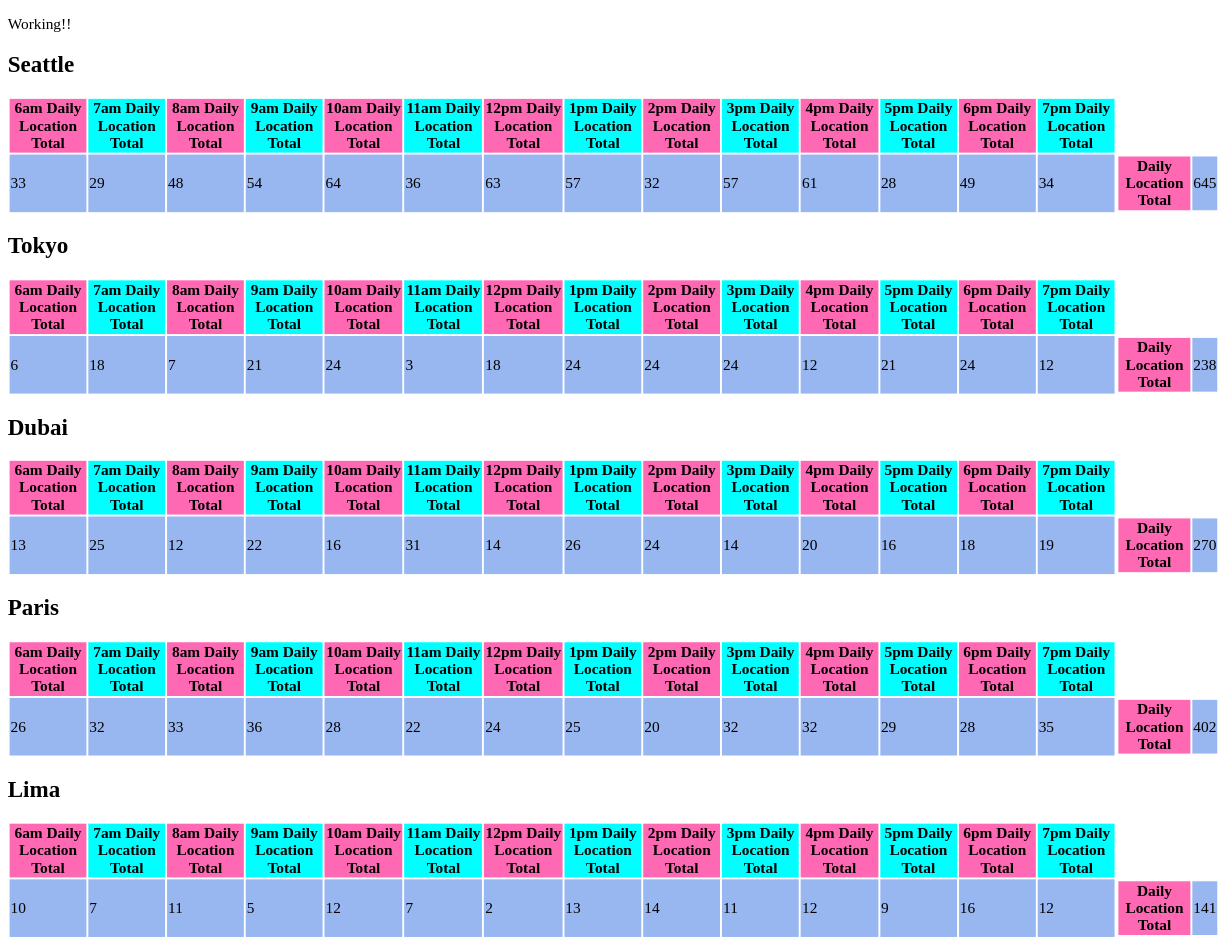
Repository: aaron1986/cookie_stand
Page: sales.html
The author's editor kept a copy of each file at every save. The page is drawn from the files as they stood at one save, then again after the next save.
The browser window is 1280 px wide. The pictures show the whole page, at 96% of full size.

Above is the page before, as saved 2023-09-26 15:24:36.

### sales.html
<!DOCTYPE html>
<html lang="en">
<head>
    <meta charset="UTF-8">
    <meta name="viewport" content="width=device-width, initial-scale=1.0">
    <link rel="stylesheet" href="style.css">
    <script src="./app.js" defer></script>
    <title>Document</title>
</head>
<body>

    <p>Working!!</p>

    <div id="shop-location">


    </div>


</body>
</html>

### style.css
th:nth-child(even) {
    background-color: aqua;
}

th:nth-child(odd) {
    background-color: hotpink;
}

td {
    background-color: rgb(152, 183, 240);
}

### app.js
const Hours = ['6am', '7am', '8am', '9am', '10am', '11am', '12pm', '1pm', '2pm', '3pm', '4pm', '5pm', '6pm', '7pm'];

function randonNumber(min, max) {
    return Math.floor(Math.random() * (max - min + 1)) + min;
}

function ShopLocation(location, min, max, avg) {
    this.location = location;
    this.min = min;
    this.max = max;
    this.avg = avg;
    this.customersPerHour = [];
    this.cookiesPerHour = [];
    this.totalSold = 0;


    this.calcTotal = function() {
        for(let i = 0; i < Hours.length; i++) {
            const randNum = randonNumber(this.min, this.max);
                this.customersPerHour.push(randNum);
                this.cookiesPerHour.push(randNum * this.avg);
        }
    };

}

const shopLocationSeattle = new ShopLocation ("Seattle", 23, 65, 6.3);

const shopLocationTokyo = new ShopLocation("Tokyo", 3, 24, 1.2);

const shopLocationDubai = new ShopLocation("Dubai",11,38,3.7);

const shopLocationParis = new ShopLocation("Paris",20,38,2.3);

const shopLocationLima = new ShopLocation("Lima",2,16,4,6);

shopLocationSeattle.calcTotal();
shopLocationTokyo.calcTotal();
shopLocationDubai.calcTotal();
shopLocationParis.calcTotal();
shopLocationLima.calcTotal();


const shopLocationHtml = document.getElementById("shop-location");

function createShopLocation(locationData) {
    const article = document.createElement("article");

    //Headers
    const h2 = document.createElement("h2");
    h2.textContent = locationData.location;
    article.appendChild(h2);


    //Table information
    const table = document.createElement("table");

    const thead = document.createElement("thead");
    const headerRow = document.createElement("tr");

    // Loop through the hours and create table headers
    for (let i = 0; i < locationData.customersPerHour.length; i++) {
        const th = document.createElement("th");
        th.textContent = `${Hours[i]} Daily Location Total`;
        headerRow.appendChild(th);
    }

    thead.appendChild(headerRow);
    table.appendChild(thead);

    const tbody = document.createElement("tbody");
    const dataRow = document.createElement("tr");

    // Loop through the customersPerHour
    for (let i = 0; i < locationData.customersPerHour.length; i++) {
        const td = document.createElement("td");
        td.textContent = `${locationData.customersPerHour[i]}`;
        dataRow.appendChild(td);
    }



    tbody.appendChild(dataRow);
        // Calculate the daily total for each hour
        const totalRow = document.createElement("tr");
        const totalCell = document.createElement("th");
        totalCell.textContent = "Daily Location Total";
        totalRow.appendChild(totalCell);


        let dailyTotal = 0;
        for(let i = 0; i < locationData.customersPerHour.length; i++) {
            dailyTotal += locationData.customersPerHour[i];
        }

        const td = document.createElement("td");
        td.textContent = `${dailyTotal}`;
        totalRow.appendChild(td);
        //console.log(dailytotal);





    dataRow.appendChild(totalRow);
    table.appendChild(tbody);
    article.appendChild(table);
    shopLocationHtml.appendChild(article);
}

createShopLocation(shopLocationSeattle);
createShopLocation(shopLocationTokyo);
createShopLocation(shopLocationDubai);
createShopLocation(shopLocationParis);
createShopLocation(shopLocationLima);

After the next save:
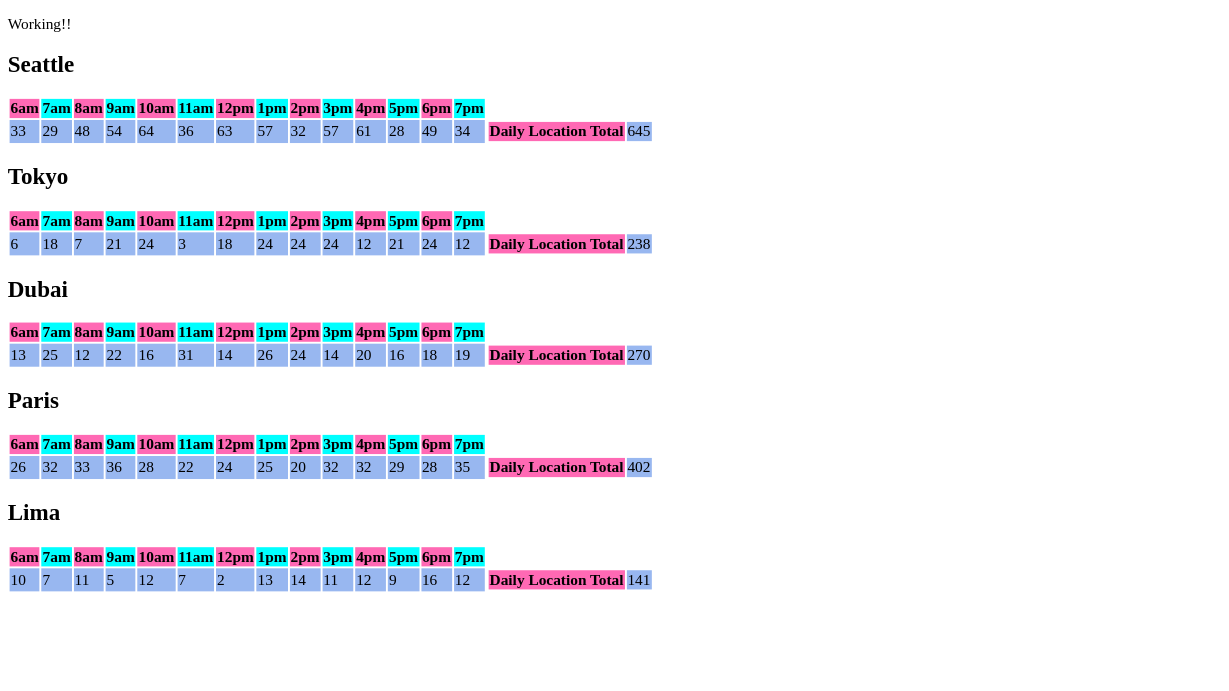
Saved 14 s later.
--- a/app.js
+++ b/app.js
@@ -61,7 +61,7 @@ function createShopLocation(locationData) {
     // Loop through the hours and create table headers
     for (let i = 0; i < locationData.customersPerHour.length; i++) {
         const th = document.createElement("th");
-        th.textContent = `${Hours[i]} Daily Location Total`;
+        th.textContent = `${Hours[i]}`;
         headerRow.appendChild(th);
     }
 
